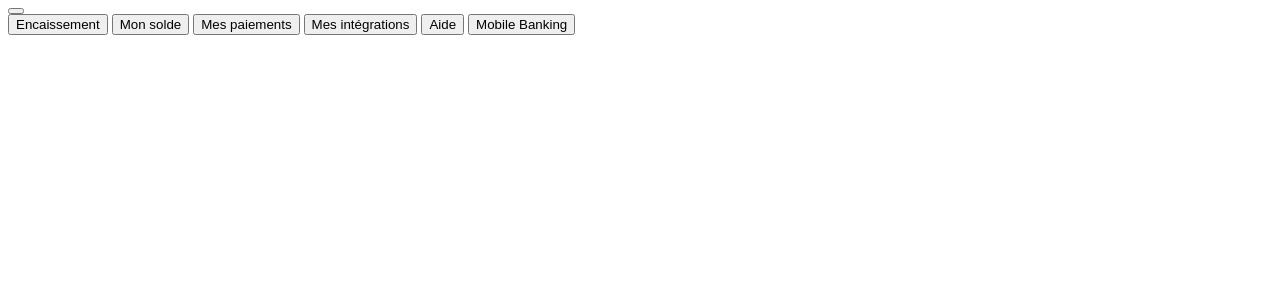
Repository: nyoumi/perfectpay
Page: src/pages/home/home.html
These files come from the project's save history. The page is drawn as it stood at one moment and after the next save; the edit follows.
The browser window is 1280 px wide. The pictures show the whole page.

Above is the page before, as saved 2021-02-17 06:41:20.

### src/pages/home/home.html
<ion-header>
  <ion-navbar>
    <button ion-button menuToggle>
      <ion-icon name="menu"></ion-icon>
    </button>
    <ion-title>
    </ion-title>

    <div class="frontImage">

    </div>
    </ion-navbar>

</ion-header>

<ion-content padding>

  <div class="img-content">
  </div>
  <div class="applications">

     <ion-row text-center>

      <ion-col col-6>
        <button ion-button color="light" outline (tap)="gotoPayment()">

          <div><ion-icon name="custom-payment"></ion-icon></div>
          Encaissement

      </button>
    </ion-col>
      <ion-col col-6>
         <button ion-button color="light" outline class="prior" (tap)="getSolde()">

        <div><ion-icon name="custom-transfert"></ion-icon></div>

        Mon solde

      </button>
    </ion-col>

     </ion-row>
     <ion-row text-center>

      <ion-col col-6>
         <button ion-button color="light" outline (tap)="selectService()">

        <div><ion-icon name="custom-topup"></ion-icon></div>
        Mes paiements

      </button>
    </ion-col>
      <ion-col col-6>
         <button ion-button color="light" outline (tap)="gotoPayment()">

        <div><ion-icon name="custom-settings"></ion-icon></div>
        Mes intégrations

      </button>
    </ion-col>

     </ion-row>
     <ion-row text-center>

      <ion-col col-6>
        <button ion-button color="light" outline  (tap)="showHelp()">

        <div><ion-icon name="custom-history"></ion-icon></div>
        Aide

      </button>
    </ion-col>
      <ion-col col-6> <button ion-button color="light" outline (tap)="makeBanking()">

        <div><ion-icon name="custom-topup"></ion-icon></div>
        Mobile Banking

      </button>
    </ion-col>

     </ion-row>


</div>
</ion-content>

After the next save:
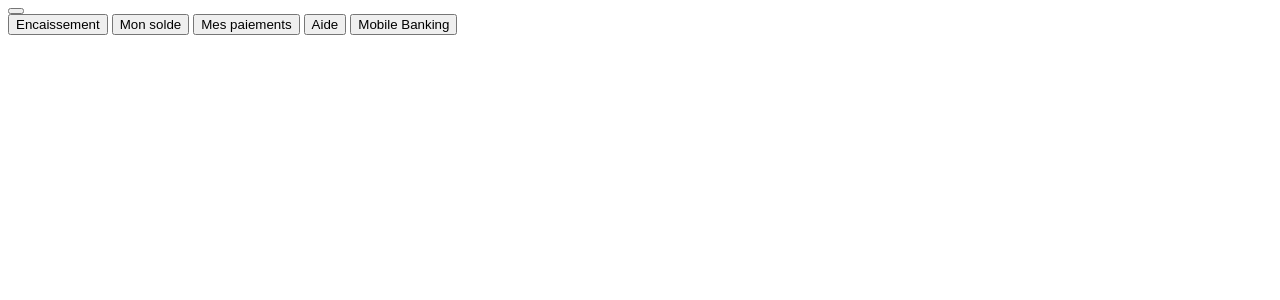
Saved 82 min 51 s later.
--- a/src/pages/home/home.html
+++ b/src/pages/home/home.html
@@ -42,7 +42,7 @@
      </ion-row>
      <ion-row text-center>
 
-      <ion-col col-6>
+      <ion-col col-12>
          <button ion-button color="light" outline (tap)="selectService()">
 
         <div><ion-icon name="custom-topup"></ion-icon></div>
@@ -50,14 +50,14 @@
 
       </button>
     </ion-col>
-      <ion-col col-6>
+      <!-- <ion-col col-6>
          <button ion-button color="light" outline (tap)="gotoPayment()">
 
         <div><ion-icon name="custom-settings"></ion-icon></div>
         Mes intégrations
 
       </button>
-    </ion-col>
+    </ion-col> -->
 
      </ion-row>
      <ion-row text-center>
